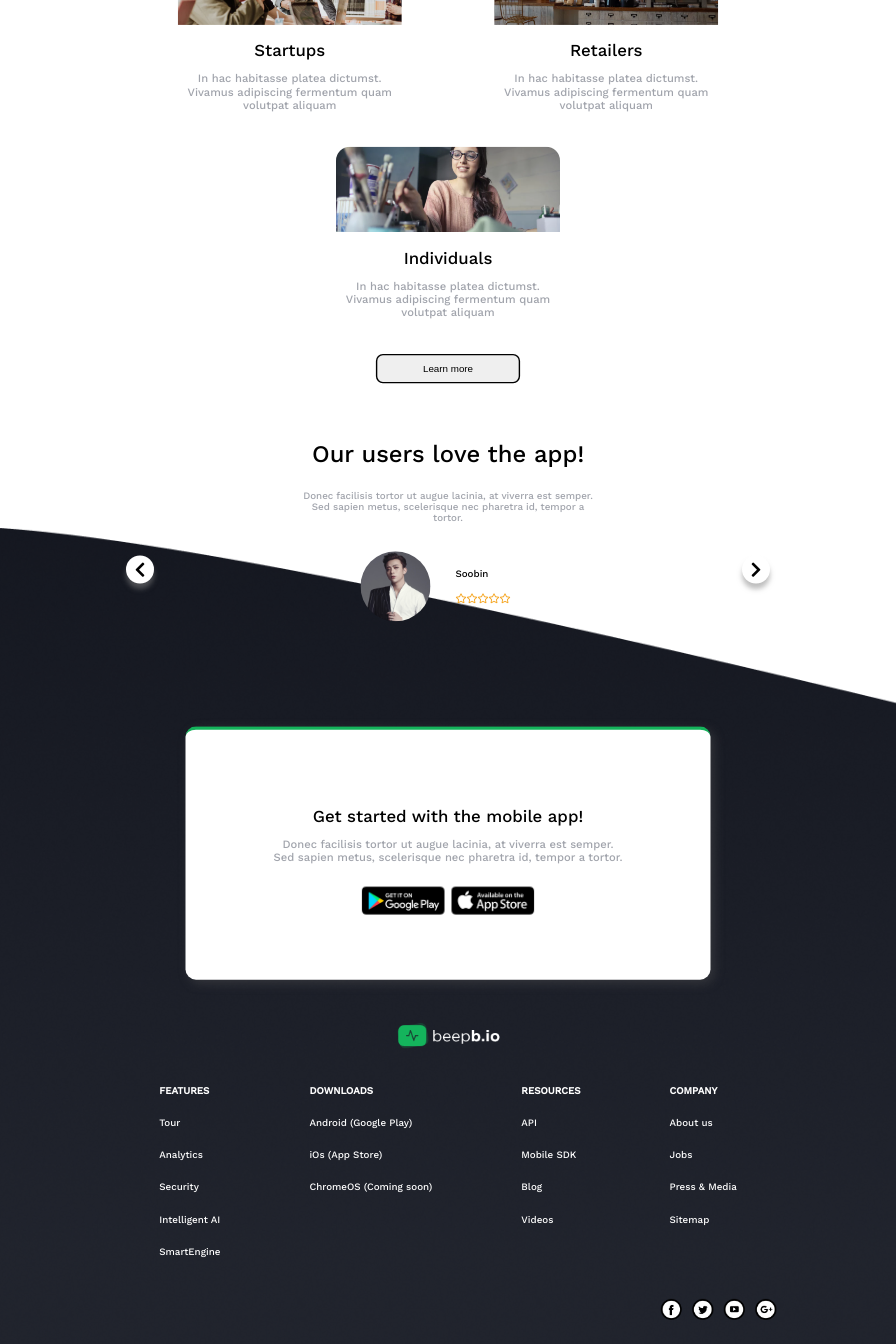
Repository: thinhnguyen347/thinhnguyen347.github.io
Page: cut-html-css/index.html
An editor plug-in stored every save of this project. The page is shown before and after a run of saves, followed by the edit.
The browser window is 1280 px wide. The pictures show the part of the page from y = 3302 to 5222 px (the page is 5222 px tall before and 5192 px after), at 70% of full size.

Above is the page before, as saved 2021-11-10 17:12:19.

After the next 2 saves:
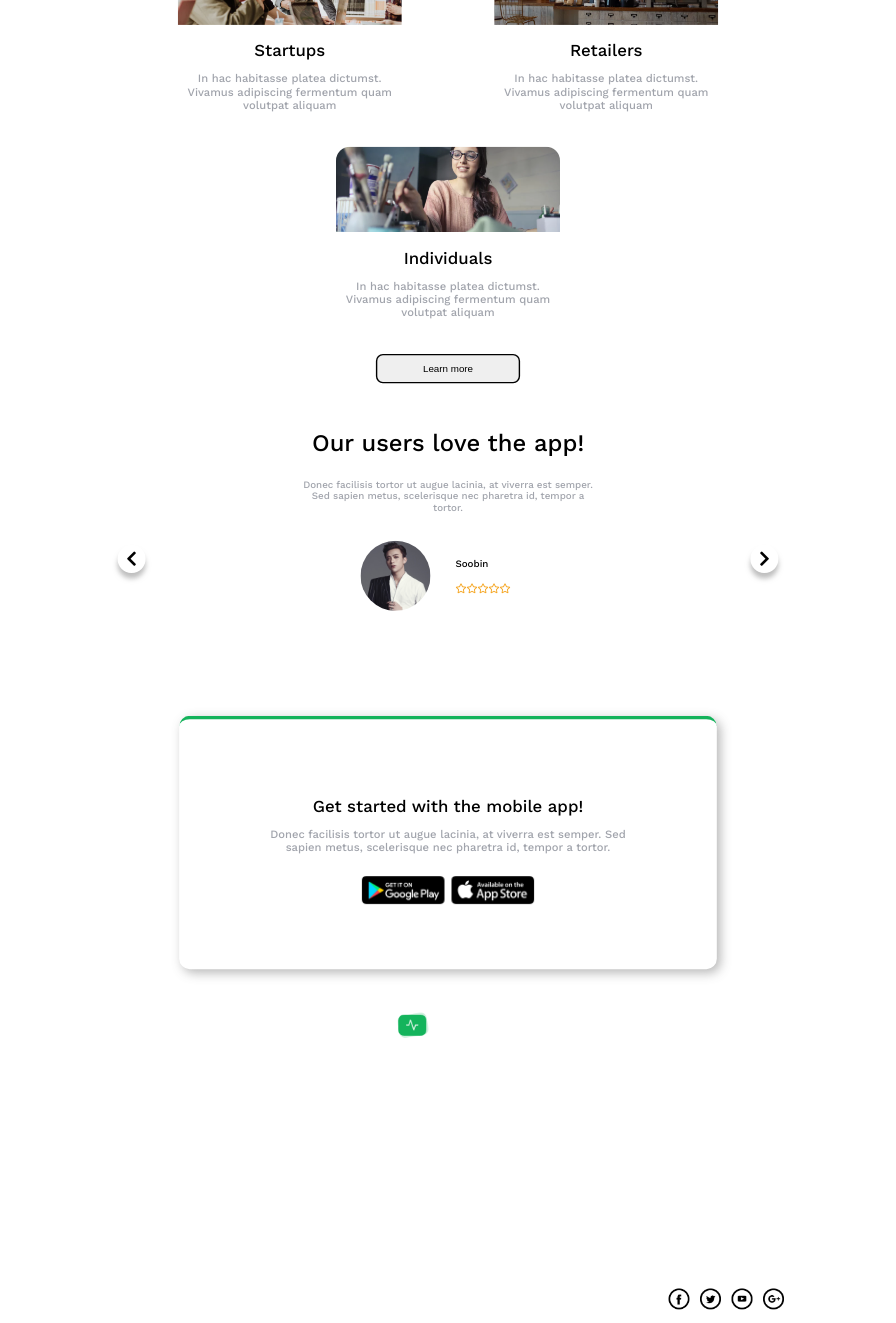
The 2 saves are shown as one change because they came seconds apart.
The last was saved 8 s later.
--- a/cut-html-css/index.html
+++ b/cut-html-css/index.html
@@ -194,7 +194,6 @@
             </div>
             <button class="download3"><a href="#">Learn more</a></button>
         </div>
-        <div class="bg-bottom">
 
             <div class="section3">
                 <p class="business">Our users love the app!</p><br><br>
